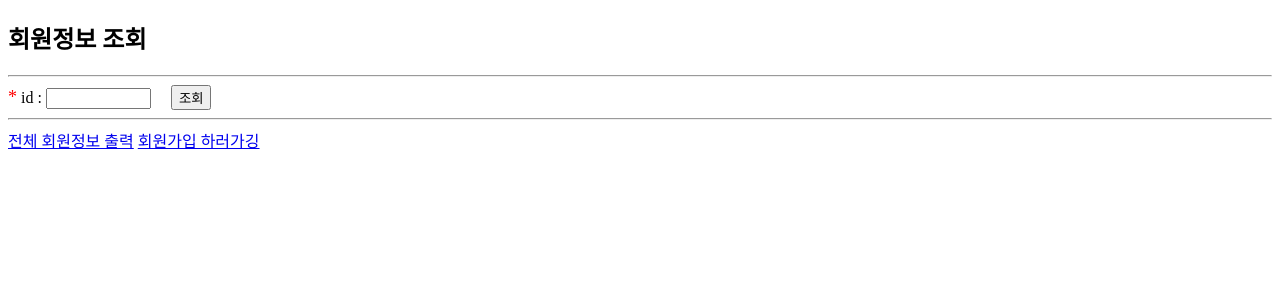
Repository: chuni90/bigdata
Page: http://localhost/tutorial_04/view/Search_form.jsp
These files come from the project's save history. The page is drawn as it stood at one moment and after the next save; the edit follows.
The browser window is 1280 px wide. The pictures show the whole page.
The page is served by Tomcat 9.

Above is the page before, as saved 2019-09-24 08:39:44.

After the next save:
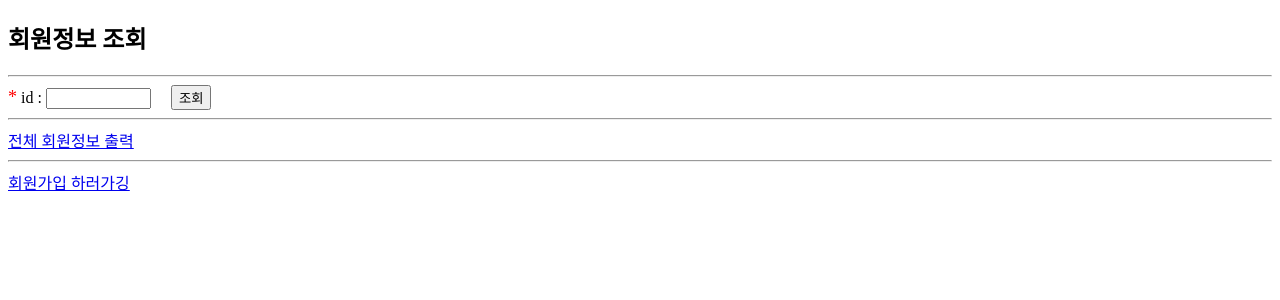
Saved 14 s later.
--- a/2. Java DB/Oracle/tutorial_04/WebContent/view/Search_form.jsp
+++ b/2. Java DB/Oracle/tutorial_04/WebContent/view/Search_form.jsp
@@ -15,7 +15,7 @@
 			<input type = "submit" value = "조회"/>
 		</form>
 		<hr>
-		<a href="/tutorial_04/all_member">전체 회원정보 출력</a>
+		<a href="/tutorial_04/all_member">전체 회원정보 출력</a><br><hr>
 		<a href="/tutorial_04/view/add_member.jsp">회원가입 하러가깅</a>
 
 	</body>
